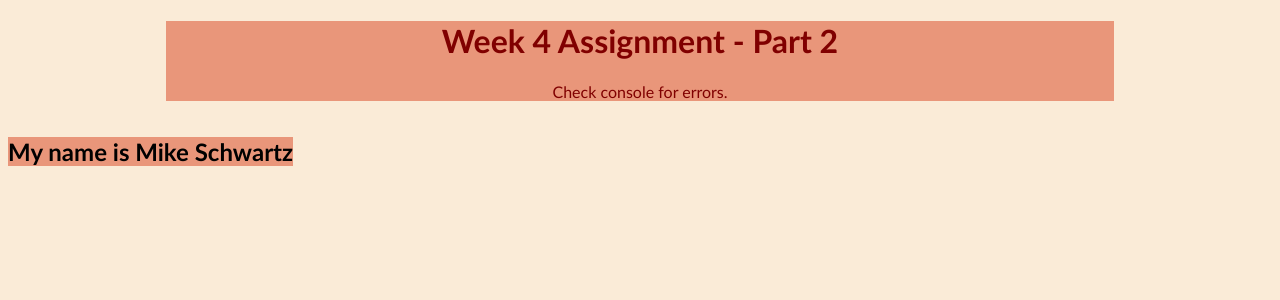
Repository: Ellusionism/prime-pw-week-4-assignment-part-2
Page: assignment/index.html
The author's editor kept a copy of each file at every save. The page is drawn from the files as they stood at one save, then again after the next save.
The browser window is 1280 px wide. The pictures show the whole page.

Above is the page before, as saved 2022-11-16 17:58:09.

### assignment/index.html
<!DOCTYPE html>
<meta name="viewport" content="width=device-width">
<html lang="en-US">
  <head>
    <meta charset="utf-8">
    <title>Week 4 Assignment</title>
    <link rel="stylesheet" href="stylesheet.css">
    <!-- Create and CSS file -->
  </head>
  <body>
    <header class="homepageHeader">
      <h1>Week 4 Assignment - Part 2</h1>
      <p>Check console for errors.</p>
  </header>
  <div>
    <h2 class="info"> My name is Mike Schwartz </h2>
  </div>
  </body>
</html>

### assignment/stylesheet.css
body {
 font-family:'Trebuchet MS', 'Lucida Sans Unicode', 'Lucida Grande', 'Lucida Sans', Arial, sans-serif;
 background-color:antiquewhite;
}

.homepageHeader {
 background-color:darksalmon;
 text-align: center;
 width: 75%;
 display: block;
 margin: auto;
 color: maroon;
}

.info {
 background-color:darksalmon;
 padding: auto;
 display: inline-flex;
}

After the next save:
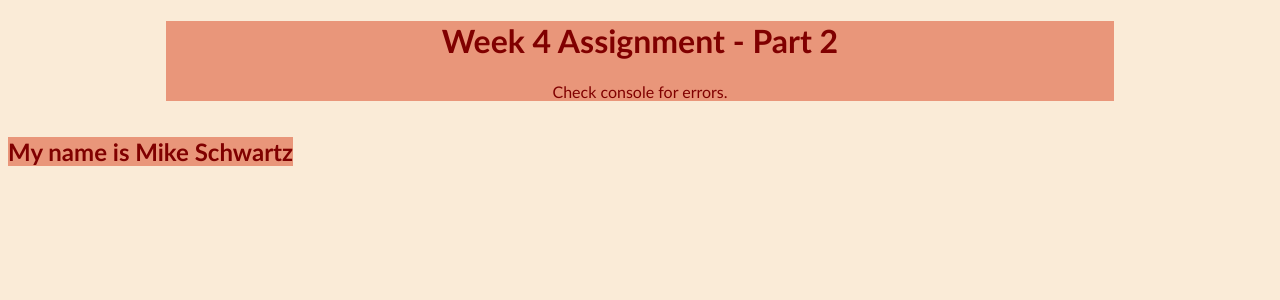
Saved 20 s later.
--- a/assignment/stylesheet.css
+++ b/assignment/stylesheet.css
@@ -16,4 +16,5 @@ body {
  background-color:darksalmon;
  padding: auto;
  display: inline-flex;
+ color: maroon;
 }
